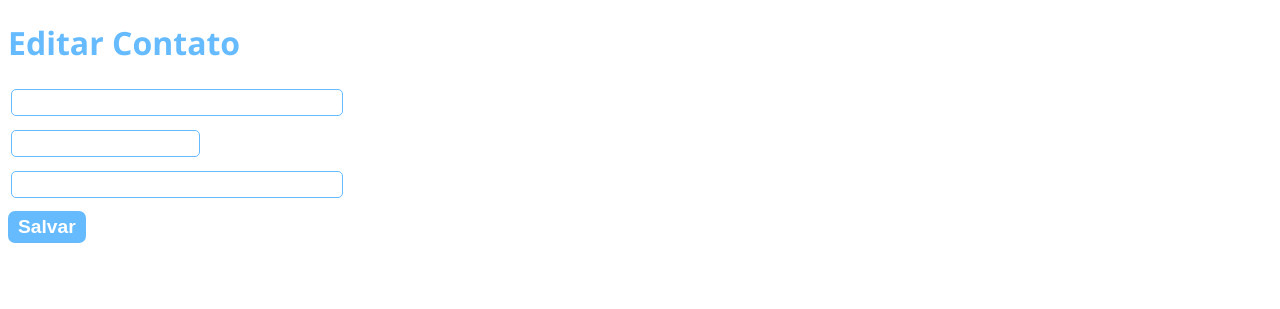
Repository: ricardoalves21/JavaWeb
Page: http://localhost/agenda/editar.jsp
These files come from the project's save history. The page is drawn as it stood at one moment and after the next save; the edit follows.
The browser window is 1280 px wide. The pictures show the whole page.
The page is served by Tomcat 9.

Above is the page before, as saved 2021-06-17 23:41:01.

After the next save:
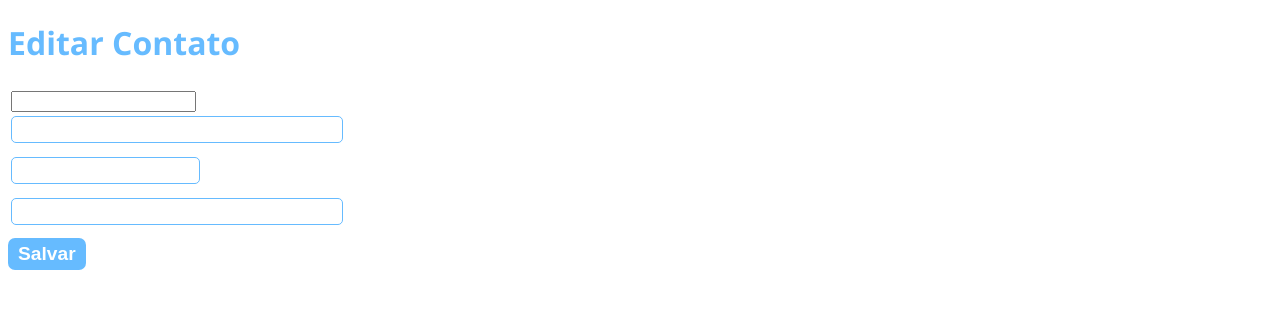
Saved 2 min 50 s later.
--- a/projeto_agenda/agenda/WebContent/editar.jsp
+++ b/projeto_agenda/agenda/WebContent/editar.jsp
@@ -13,6 +13,9 @@
 	<form name="frmContato" action="">
 		<table>
 			<tr>
+				<td><input type="text" name="idcon" id="caixa3"></td>
+			</tr>
+			<tr>
 				<td><input type="text" name="nome" class="Caixa1"></td>
 			</tr>
 			<tr>
